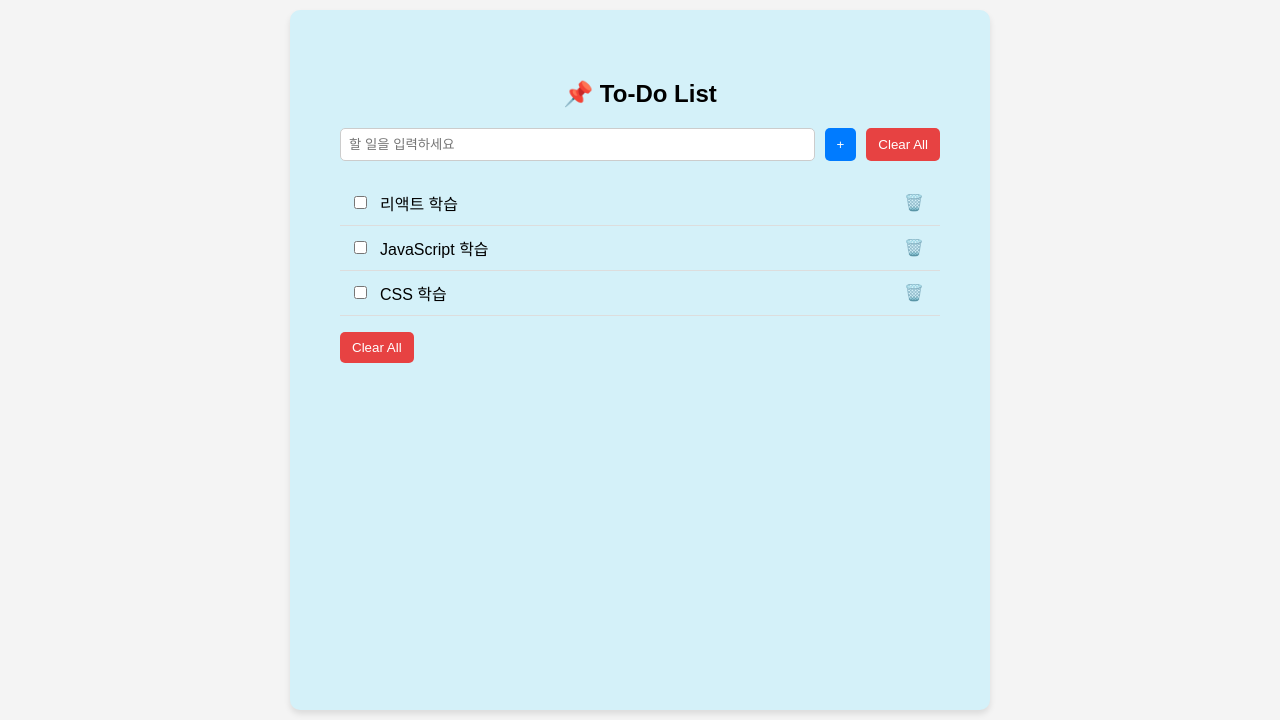
Repository: jongheonleee/todo-list
Page: /
An editor plug-in stored every save of this project. The page is shown before and after the next save, followed by the edit.
The browser window is 1280 px wide. The pictures show the whole page.
The project was rebuilt for these pictures with package versions that can differ from the ones it lists, and the page was loaded fresh each time.

Above is the page before, as saved 2025-02-20 13:22:23.

### src/App.js

import React from "react";
import { useState } from "react";
import "./App.css";
import InputForm from "./components/InputForm";
import ToDoList from "./components/ToDoList";


const App = () => {
  // 해당 컴포넌트에서 관리해야할 필드값 정의

  // 기본적으로 보여줄 리스트
  const [ id, setId ] = useState(''); // 특정 아잉템에 해당하는 id
  const [ items, setItems ] = useState([{ id : 1,   text : "리액트 학습",       done : false},
                                        { id : 2,   text : "JavaScript 학습", done : false},
                                        { id : 3,   text : "CSS 학습",        done : false}]); // 기본적으로 보여줄 items
  const [ text, setText ] = useState('');
  const [ done, setDone ] = useState(false);

  // 해당 컴포넌트에서 관리하는 필드값을 핸들링하는 함수 정의

  // 삭제 버튼 누르면 해당 아이템을 삭제함
  const handleDelete = (id) => {
    // 삭제 버튼 누르면 해당 아이템을 삭제함

    // - 사용자가 누른 아이템의 id가 현재 배열에 있는지 확인
    // - 해당 id에 대응되는 아이템이 있으면 해당 아이템을 제거한다
    const newItems = items.filter(item => item.id !== id);

    // 알림창 띄우기
    notify('Item deleted successfully');

    // - items를 업데이트한다
    setItems(newItems);

    // - id를 초기화한다.
    setId(-1);

  };

  const handleSubmit = (e) => {
    // 입력 폼을 입력하고 추가 버튼을 누르면 새로운 아이템을 등록함

    // - 리프레시 방지
    e.preventDefault();

    // - 작성한 타이틀 유효성 검증
    if (!isValidText(text)) {
      notify('please enter a right text');
      return;
    }

    // - 아이템 등록 처리
    const newItem = {id : crypto.randomUUID(), text: text, done: false};

    // - 아이템 배열에 추가
    const newItems = [...items, newItem];
    setItems(newItems);

    // - 아이템 추가되었음을 알림
    notify('Item added successfully');

    // - 초기화
    setId('');
    setText('');
    setDone(false);
  };


  const handleText = (e) => {
    // todo-item 타이틀 작성시 상태 변경
    setText(e.target.value);
  }


  const clearItems = () => {
    // 모든 아이템을 지움
    const newItems = [];
    setItems(newItems);
  }

  // 특정 작업 수행시 알림창 띄우기
  const notify = (message) =>  {
      alert(message);
  }

  // 아이템 유효성 검증
  const isValidText = (text) => {
    return text !== null && text.length > 0;
  }

  // 렌더링할 페이지 형태
  return (
    <div className="container">
      <div className="sub-container">
        <h2>📌 To-Do List</h2>
          {/* 입력 부분  */}
          <InputForm
            handleSubmit={handleSubmit}
            handleText={handleText}
          />

          {/* todo-list 부분 */}
          <ToDoList
            items={items}
            handleDelete={handleDelete}
          />

            {/* 모두 삭제 처리 */}
          <button
            onClick={clearItems}
            className="clear-btn"
          >
          Clear All
          </button>
      </div>

    </div>
  );
}

export default App;

### src/App.css
/* styles.css */
.container {
  font-family: Arial, sans-serif;
  background-color: #f4f4f4;
  display: flex;
  justify-content: center;
  align-items: center;
  height: 100vh;
  margin: 0;
}

.sub-container {
  position: relative; /* 부모 요소를 기준으로 위치 설정 */
  background-color: #D4F1F9;
  padding: 50px;
  border-radius: 10px;
  box-shadow: 0 4px 6px rgba(0, 0, 0, 0.1);
  width: 600px;
  height: 600px;
}

h2 {
  text-align: center;
  margin-bottom: 20px;
}

.input-area {
  display: flex;
  gap: 10px;
}

input[type="text"] {
  flex: 1;
  padding: 8px;
  border: 1px solid #ccc;
  border-radius: 5px;
}

.add-btn {
  background: #007bff;
  color: white;
  border: none;
  padding: 8px 12px;
  cursor: pointer;
  border-radius: 5px;
}

.add-btn:hover {
  background: #0056b3;
}

.todo-list {
  list-style: none;
  padding: 0;
  margin-top: 20px;
}

.todo-list li {
  display: flex;
  justify-content: space-between;
  align-items: center;
  padding: 10px;
  border-bottom: 1px solid #ddd;
}

.todo-item {
  display: flex;
  align-items: center;
  gap: 10px;
}

.delete-btn {
  background: none;
  border: none;
  color: red;
  cursor: pointer;
  font-size: 16px;
}

.delete-btn:hover {
  color: darkred;
}

### src/components/InputForm.js
import React from "react";
import "./InputForm.css";

const InputForm = ({ handleSubmit, handleText, clearItems }) => {
    return (
        <form
            className="input-area"
            onSubmit={handleSubmit}
        >
            <input
                type="text"
                placeholder="할 일을 입력하세요"
                onChange={handleText}
            />
            <button
                type="submit"
                className="add-btn"
            >
            +
            </button>
            {/* 모두 삭제 처리 */}
            <button
                onClick={clearItems}
                className="clear-btn"
            >
            Clear All
            </button>
        </form>
    );
}

export default InputForm;

### src/components/ToDoList.js
import React from "react";
import ToDoItem from "./ToDoItem";
import "./ToDoList.css"

const ToDoList = ({ items, handleDelete }) => {
    return (
        <ul className="todo-list">
            {
                items.map(item => {
                    return (
                        <ToDoItem
                            id={item.id}
                            text={item.text}
                            done={item.done}
                            handleDelete={handleDelete}
                        />
                    )
                })
            }
            {/* <li>
                <div className="todo-item">
                    <input type="checkbox" />
                    <span>리액트 학습</span>
                </div>
                <button className="delete-btn">🗑️</button>
            </li> */}
          {/* <li>
            <div className="todo-item">
              <input type="checkbox" />
              <span>JavaScript 학습</span>
            </div>
            <button className="delete-btn">🗑️</button>
          </li>
          <li>
            <div className="todo-item">
              <input type="checkbox" />
              <span>CSS 학습</span>
            </div>
            <button className="delete-btn">🗑️</button>
          </li> */}
        </ul>
    )
}

export default ToDoList;

### src/components/InputForm.css
.input-area {
    display: flex;
    gap: 10px;
}

input[type="text"] {
    flex: 1;
    padding: 8px;
    border: 1px solid #ccc;
    border-radius: 5px;
}

.add-btn {
    background: #007bff;
    color: white;
    border: none;
    padding: 8px 12px;
    cursor: pointer;
    border-radius: 5px;
}

.add-btn:hover {
    background: #0056b3;
}

.clear-btn {
    background: rgb(231, 66, 66);
    color: white;
    border: none;
    padding: 8px 12px;
    cursor: pointer;
    border-radius: 5px;
}

.clear-btn:hover {
    background: rgb(231, 117, 117);
}

### src/components/ToDoItem.js
import React from "react";
import "./ToDoItem.css"

// item은 3가지 필드를 지님
// - id, text, done
const ToDoItem = ({ id, text, done, handleDelete }) => {
    return (
        <li>
            <div
                id={id}
                className="todo-item"
            >
                <input type="checkbox" />
                <span>{done ? <del>text</del> : text}</span>
            </div>
            <button className="delete-btn" onClick={() => handleDelete(id)}>🗑️</button>
        </li>
    )
}

export default ToDoItem;

### src/components/ToDoList.css
.todo-list {
    list-style: none;
    padding: 0;
    margin-top: 20px;
}

.todo-item li {
    display: flex;
    justify-content: space-between;
    align-items: center;
    padding: 10px;
    border-bottom: 1px solid #ddd;
}

.todo-item {
    display: flex;
    align-items: center;
    gap: 10px;
}

.delete-btn {
    background: none;
    border: none;
    color: red;
    cursor: pointer;
    font-size: 16px;
}

.delete-btn:hover {
    color: darkred;
}

### src/components/ToDoItem.css
.todo-item li {
    display: flex;
    justify-content: space-between;
    align-items: center;
    padding: 10px;
    border-bottom: 1px solid #ddd;
}

.todo-item {
    display: flex;
    align-items: center;
    gap: 10px;
}

.delete-btn {
    background: none;
    border: none;
    color: red;
    cursor: pointer;
    font-size: 16px;
}

.delete-btn:hover {
    color: darkred;
}

Loaded but not shown: public/index.html (common file); src/index.js (common file); src/index.css (common file); src/reportWebVitals.js (common file)

After the next save:
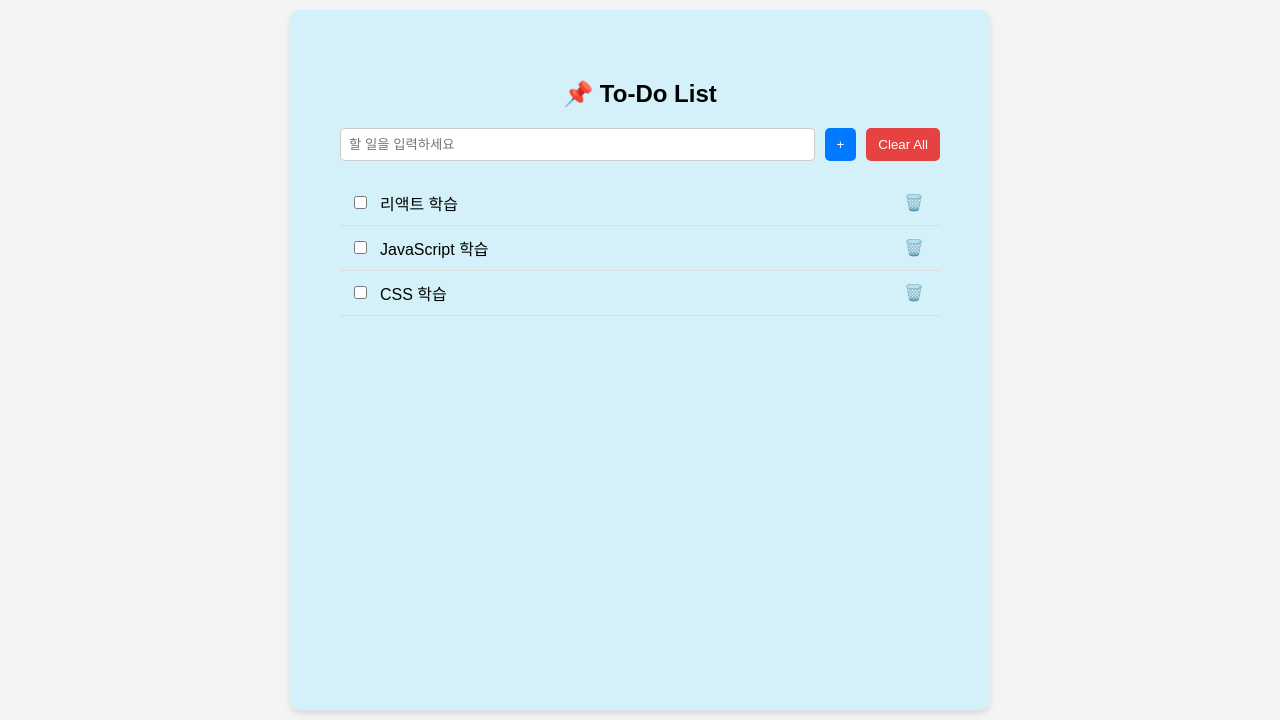
Saved 19 s later.
--- a/src/App.js
+++ b/src/App.js
@@ -98,6 +98,7 @@ const App = () => {
           <InputForm
             handleSubmit={handleSubmit}
             handleText={handleText}
+            clearItems={clearItems}
           />
 
           {/* todo-list 부분 */}
@@ -105,14 +106,6 @@ const App = () => {
             items={items}
             handleDelete={handleDelete}
           />
-
-            {/* 모두 삭제 처리 */}
-          <button
-            onClick={clearItems}
-            className="clear-btn"
-          >
-          Clear All
-          </button>
       </div>
 
     </div>
